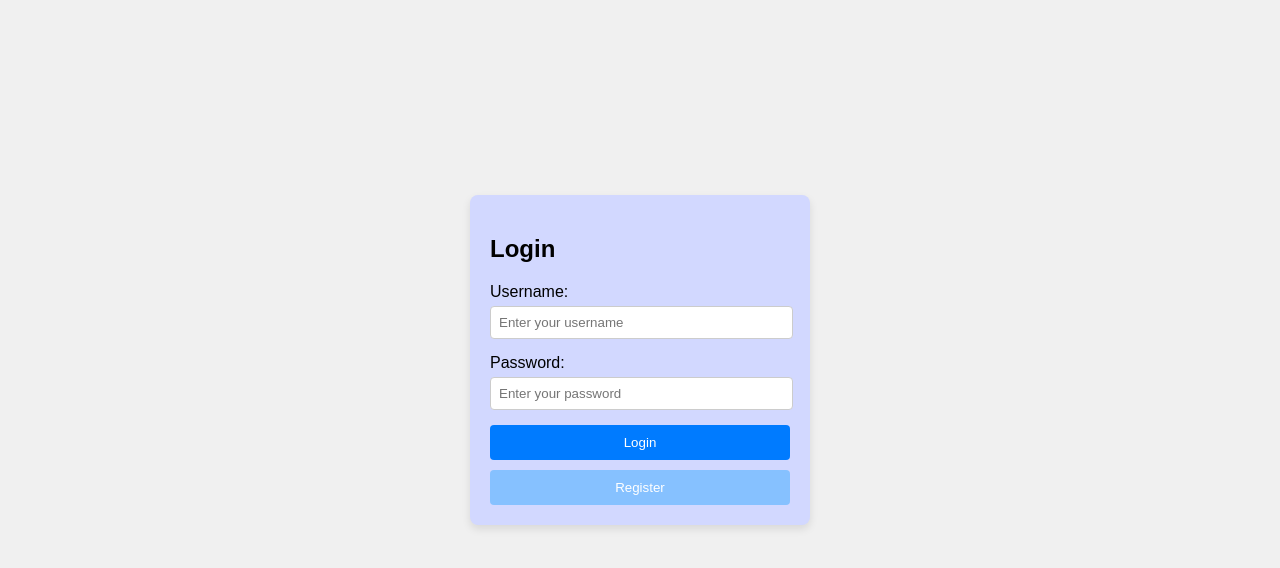
Repository: BAANANAAAA/DatabaseProject
Page: /
These files come from the project's save history. The page is drawn as it stood at one moment and after the next save; the edit follows.
The browser window is 1280 px wide. The pictures show the whole page.
The project was rebuilt for these pictures with package versions that can differ from the ones it lists, and the page was loaded fresh each time. Also part of the build but not shown: src/components/MainFrame.css, src/components/MainFrame.jsx, src/components/UserProfile.jsx, src/components/ViewMessage.css, src/components/ViewMessage.jsx, src/components/SearchPage.jsx, src/components/Search.css, src/components/Search.jsx and 2 more.

Above is the page before, as saved 2024-05-13 10:24:54.

### src/App.js
import React, { useState } from 'react'
import './App.css'
import { BrowserRouter as Router, Routes, Route, Navigate, Link } from 'react-router-dom'
import MainFrame from './components/MainFrame'
import UserProfile from './components/UserProfile'
import ViewMessage from './components/ViewMessage'
import SearchPage from './components/SearchPage'
import Search from './components/Search'
import Login from './components/Login'
import Apply from './components/Apply'
import AddFriend from './components/AddFriend'

import avatar from './figs/avatar.PNG'

function App () {
  const [isLoggedIn, setIsLoggedIn] = useState(false)

  const loginHandler = (username, password) => {
    console.log(`Logged in with username: ${username} and password: ${password}`)
    setIsLoggedIn(true)
  }

  const onRelationshipSubmit = async ({ name, relationship }) => {
    // TODO: do the real func
    try {
      const response = await fetch('/api/add-connection', {
        method: 'POST',
        headers: {
          'Content-Type': 'application/json',
        },
        body: JSON.stringify({
          name: name,
          relationship: relationship
        })
      })
      const data = await response.json()
      if (response.ok) {
        console.log('Connection added:', data)
        alert('Connection successfully added!')
      } else {
        throw new Error(data.message || "Failed to add connection")
      }
    } catch (error) {
      console.error('Error adding connection:', error)
      alert('Error adding connection: ' + error.message)
    }
  }

  const onBlockJoinSubmit = async (blockName) => {
    // TODO: do the real func
    try {
      const response = await fetch('/api/join-block', {
        method: 'POST',
        headers: {
          'Content-Type': 'application/json',
        },
        body: JSON.stringify({ blockName })
      })
      const data = await response.json()
      if (response.ok) {
        console.log('Join block request submitted:', data)
        alert('Join block request successfully submitted!')
      } else {
        throw new Error(data.message || "Failed to submit join block request")
      }
    } catch (error) {
      console.error('Error submitting join block request:', error)
      alert('Error submitting join block request: ' + error.message)
    }
  }

  return (
    <Router>
      <div className="App">
        {isLoggedIn ? (
          <>
            <header className="app-header">
              <nav>
                <Link to="/">Home</Link> |
                <Link to="/user-profile">User Profile</Link> |
                <Link to="/add-friend">Add Friend</Link> |
                <Link to="/apply">Apply</Link> |
                <Link to="/incoming-application">Incoming Application</Link>
              </nav>
              <Search />
              <div className="user-info">
                <Link to="/user-profile" style={{ display: 'flex', alignItems: 'center', textDecoration: 'none', color: 'inherit' }}>
                  <img src={avatar} alt="user avatar" className="user-avatar" />
                  <span className="username">JaneDoe</span>
                </Link>
              </div>
            </header>
            <Routes>
              <Route path="/" element={<MainFrame />} />
              <Route path="/user-profile" element={<UserProfile />} />
              <Route path="/add-friend" element={<AddFriend onRelationshipSubmit={onRelationshipSubmit} />} />
              <Route path="/apply" element={<Apply onBlockJoinSubmit={onBlockJoinSubmit} />} />
              <Route path="/incoming-application" element={<ViewMessage />} />
              <Route path="/search" element={<SearchPage />} />
              <Route path="*" element={<Navigate to="/" />} />
            </Routes>
          </>
        ) : (
          <Routes>
            <Route path="/login" element={<Login onLogin={loginHandler} />} />
            <Route path="*" element={<Navigate to="/login" />} />
          </Routes>
        )}
      </div>
    </Router>
  )
}

export default App

### src/App.css
body,
html {
  margin: 0;
  padding: 0;
  font-family: Arial, sans-serif;
}

header {
  display: flex;
  align-items: center;
  justify-content: space-between;
  padding: 5px;
  background-color: #f3f3f3;
}

input[type='search'] {
  padding: 5px;
}

button {
  padding: 5px 10px;
}

.sidebar {
  position: absolute;
  left: 0;
  width: 100px;
  background-color: #eee;
  height: 100vh;
  padding: 10px;
}

.content {
  margin-left: 100px;
  padding: 10px;
}

.post {
  border: 1px solid #ccc;
  margin-bottom: 10px;
  padding: 5px;
}

.post-info {
  display: flex;
  align-items: center;
}

.post-info input[type='radio'] {
  margin-right: 10px;
}

.post-message {
  margin-top: 5px;
}

.app-header {
  display: flex;
  justify-content: space-between;
  align-items: center;
  padding: 5px;
  background-color: #f3f3f3;
}

nav a {
  margin-right: 5px;
}

.user-info {
  display: flex;
  align-items: center;
}

.user-avatar {
  width: 40px;
  height: 40px;
  border-radius: 50%;
  margin-right: 10px;
}

.username {
  font-weight: bold;
}

### src/components/Login.jsx
import React, { useState } from 'react'
import './Login.css'

function Login({ onLogin, onRegister }) {
  const [username, setUsername] = useState('')
  const [password, setPassword] = useState('')
  const [registerMode, setRegisterMode] = useState(false)
  const [name, setName] = useState('')
  const [avatar, setAvatar] = useState('')
  const [intro, setIntro] = useState('')

  const handleLoginSubmit = (event) => {
    event.preventDefault()
    onLogin(username, password)
  }

  const handleRegisterSubmit = (event) => {
    event.preventDefault()
    onRegister({ name, avatar, username, password, intro })
  }

  const toggleRegister = () => {
    setRegisterMode(!registerMode)
  }

  return (
    <div className="login-container">
      <div className="login-card">
        <h2>Login</h2>
        <form onSubmit={handleLoginSubmit}>
          <div className="form-group">
            <label htmlFor="username">Username:</label>
            <input
              id="username"
              type="text"
              value={username}
              onChange={(e) => setUsername(e.target.value)}
              placeholder="Enter your username"
            />
          </div>
          <div className="form-group">
            <label htmlFor="password">Password:</label>
            <input
              id="password"
              type="password"
              value={password}
              onChange={(e) => setPassword(e.target.value)}
              placeholder="Enter your password"
            />
          </div>
          <button type="submit" className="login-button">
            Login
          </button>
        </form>
        <button onClick={toggleRegister} className="register-toggle">
          {registerMode ? 'Cancel' : 'Register'}
        </button>
        {registerMode && (
          <form onSubmit={handleRegisterSubmit} className="register-form">
            <div className="form-group">
              <label htmlFor="name">Name:</label>
              <input
                id="name"
                type="text"
                value={name}
                onChange={(e) => setName(e.target.value)}
                placeholder="Enter your full name"
              />
            </div>
            <div className="form-group">
              <label htmlFor="avatar">Avatar URL:</label>
              <input
                id="avatar"
                type="text"
                value={avatar}
                onChange={(e) => setAvatar(e.target.value)}
                placeholder="Enter URL of your avatar"
              />
            </div>
            <div className="form-group">
              <label htmlFor="intro">Personal Intro:</label>
              <textarea
                id="intro"
                value={intro}
                onChange={(e) => setIntro(e.target.value)}
                placeholder="Describe yourself"
              />
            </div>
            <button type="submit" className="register-button">
              Register
            </button>
          </form>
        )}
      </div>
    </div>
  )
}

export default Login

### src/components/UserProfile.css
.user-profile-container {
  width: 300px;
  margin: auto;
  padding: 20px;
  background: white;
  border-radius: 8px;
  box-shadow: 0 4px 8px rgba(0, 0, 0, 0.1);
}

.form-group {
  margin-bottom: 15px;
}

.form-group label {
  display: block;
  margin-bottom: 5px;
}

.form-group input,
.form-group textarea {
  width: 100%;
  padding: 8px;
  border: 1px solid #ccc;
  border-radius: 4px;
}

.submit-button {
  width: 100%;
  padding: 10px;
  background-color: #007bff;
  color: white;
  border: none;
  border-radius: 4px;
  cursor: pointer;
}

### src/components/Login.css
.login-container {
  display: flex;
  justify-content: center;
  align-items: center;
  height: 100vh;
  background-color: #f0f0f0;
}

.login-card {
  padding: 20px;
  background: rgb(210, 216, 255);
  border-radius: 8px;
  box-shadow: 0 4px 8px rgba(0, 0, 0, 0.1);
  width: 300px;
}

.form-group {
  margin-bottom: 15px;
  margin-right: 15px;
}

.form-group label {
  display: block;
  margin-bottom: 5px;
}

.form-group input {
  width: 100%;
  padding: 8px;
  border: 1px solid #ccc;
  border-radius: 4px;
}

.login-button {
  width: 100%;
  padding: 10px;
  background-color: #007bff;
  color: white;
  border: none;
  border-radius: 4px;
  cursor: pointer;
}

.login-container {
  display: flex;
  justify-content: center;
  align-items: center;
  height: 100vh;
}

.register-form {
  padding: 20px;
  background: white;
  border-radius: 8px;
  box-shadow: 0 4px 8px rgba(0, 0, 0, 0.1);
  margin-bottom: 10px;
}

.form-group {
  margin-bottom: 10px;
}

.form-group input,
.form-group textarea {
  width: 100%;
  padding: 8px;
  border: 1px solid #ccc;
  border-radius: 4px;
}

.register-toggle,
.register-button {
  width: 100%;
  padding: 10px;
  margin-top: 10px;
  background-color: #86c1ff;
  color: white;
  border: none;
  border-radius: 4px;
  cursor: pointer;
}

### src/components/Apply.css
.application-container {
  display: flex;
  flex-direction: column;
  align-items: center;
  justify-content: space-around;
  min-height: 100vh;
  background-color: #f0f0f0;
}

.add-friend-container,
.join-block-container {
  width: 300px;
  margin-bottom: 500px;
  padding: 20px;
  background: white;
  border-radius: 8px;
  box-shadow: 0 4px 8px rgba(0, 0, 0, 0.1);
}

.form-group {
  margin-bottom: 15px;
}

.form-group label {
  display: block;
  margin-bottom: 5px;
}

.form-group input,
.form-group select {
  width: 100%;
  padding: 8px;
  border: 1px solid #ccc;
  border-radius: 4px;
}

.submit-button,
.join-block-button {
  width: 100%;
  padding: 10px;
  background-color: #007bff;
  color: white;
  border: none;
  border-radius: 4px;
  cursor: pointer;
}

.join-block-button {
  background-color: #28a745;
}

Loaded but not shown: public/index.html (common file); src/index.js (common file); src/index.css (common file); src/reportWebVitals.js (common file)

After the next save:
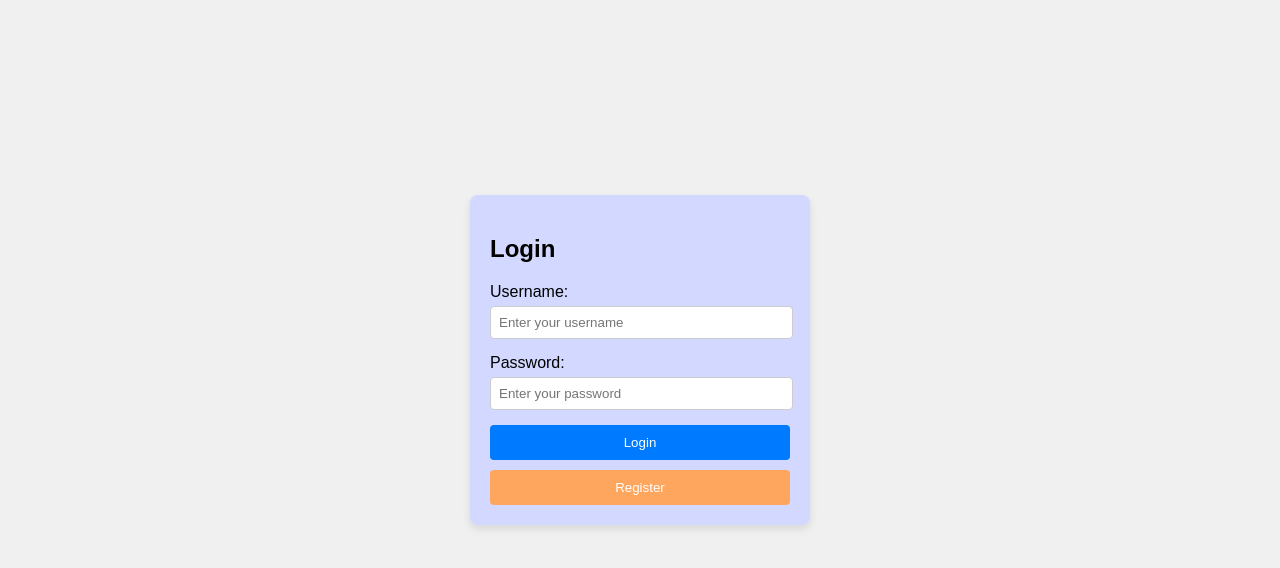
Saved 16 s later.
--- a/src/components/Login.css
+++ b/src/components/Login.css
@@ -73,7 +73,7 @@
   width: 100%;
   padding: 10px;
   margin-top: 10px;
-  background-color: #86c1ff;
+  background-color: #ffa65e;
   color: white;
   border: none;
   border-radius: 4px;
